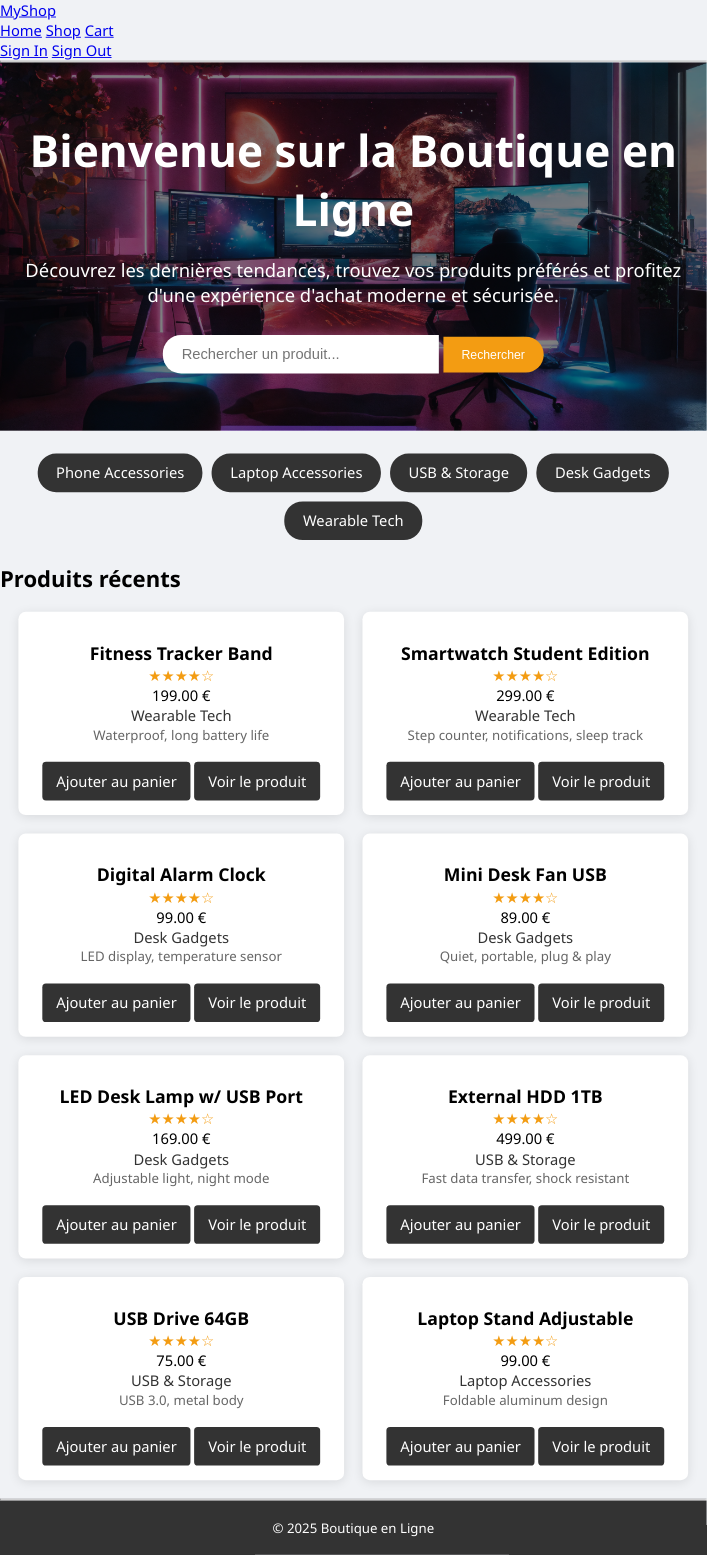
Repository: kiraj-walid/ecomerce
Page: http://localhost/
An editor plug-in stored every save of this project. The page is shown before and after the next save, followed by the edit.
The browser window is 768 px wide. The pictures show the whole page, at 92% of full size.
The page is run by PHP 8.4 with error messages shown; the project is at /var/www/html/. The database holds what the project's SQL file puts in it. Queries for data that is not in the repository find no rows.

Above is the page before, as saved 2025-05-07 15:15:51.

After the next save:
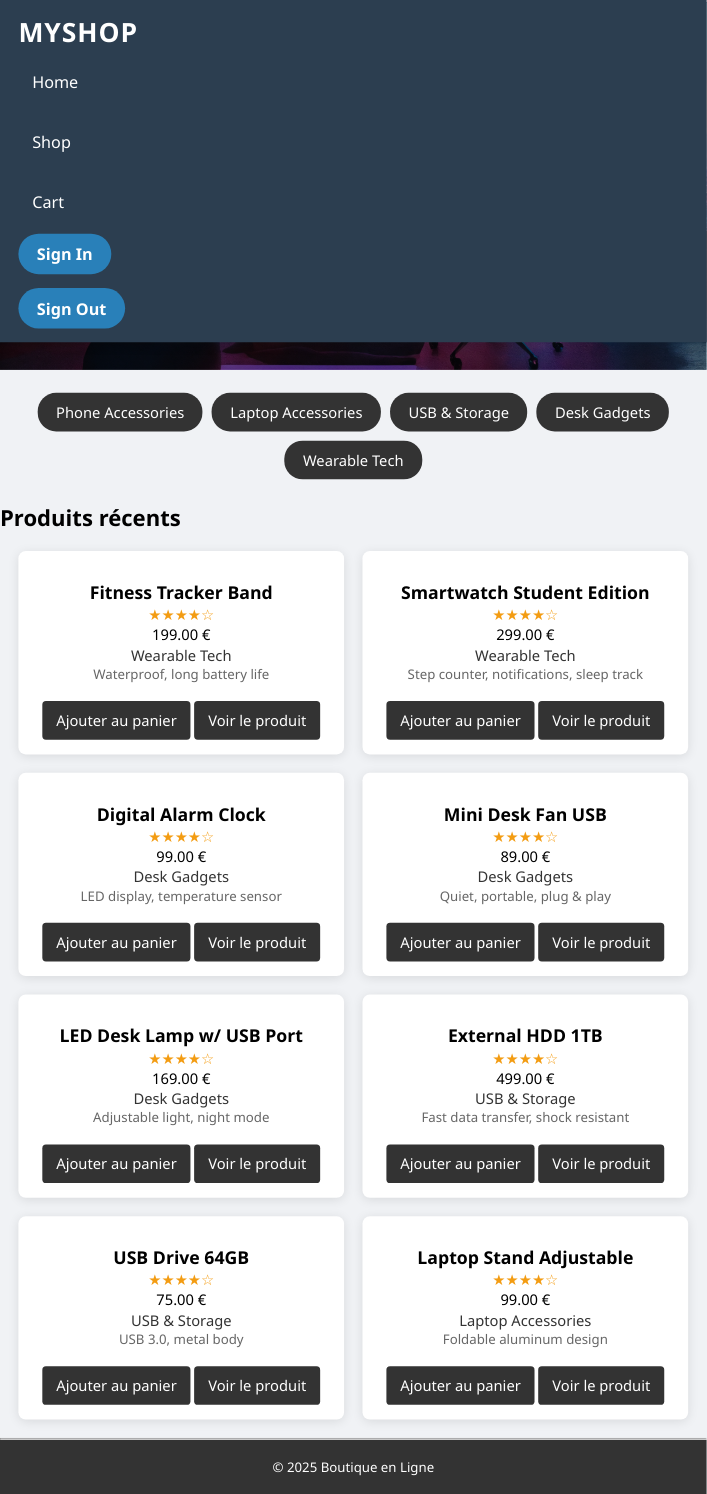
Saved 8 s later.
--- a/assets/css/style.css
+++ b/assets/css/style.css
@@ -9,6 +9,102 @@ body {
     font-family: 'Segoe UI', sans-serif;
     background-color: #f0f2f5;
 }
+/* Navbar */
+nav {
+    background-color: #2C3E50; /* Dark blue */
+    padding: 15px 20px;
+    position: fixed;
+    top: 0;
+    left: 0;
+    width: 100%;
+    z-index: 10;
+    box-shadow: 0 4px 10px rgba(0, 0, 0, 0.1);
+}
+
+/* Navbar Container */
+nav .nav-container {
+    display: flex;
+    justify-content: space-between;
+    align-items: center;
+    max-width: 1200px;
+    margin: 0 auto;
+}
+
+/* Logo */
+nav .logo {
+    font-size: 1.8em;
+    color: white;
+    font-weight: bold;
+    text-transform: uppercase;
+    text-decoration: none;
+    letter-spacing: 1px;
+}
+
+/* Centered navigation links */
+nav .nav-links {
+    display: flex;
+    gap: 25px;
+    margin-left: auto;
+    margin-right: auto; /* Centering the links */
+}
+
+nav .nav-links a {
+    color: white;
+    text-decoration: none;
+    font-size: 1.1em;
+    padding: 8px 15px;
+    border-radius: 30px;
+    transition: background-color 0.3s ease, color 0.3s ease;
+}
+
+nav .nav-links a:hover {
+    background-color: #F39C12; /* Golden color on hover */
+    color: #2C3E50;
+}
+
+/* Auth links on the right (Sign In / Sign Out) */
+nav .auth-links {
+    display: flex;
+    gap: 15px;
+}
+
+nav .sign-in-btn, nav .sign-out-btn {
+    color: white;
+    text-decoration: none;
+    font-size: 1.1em;
+    font-weight: bold;
+    padding: 10px 20px;
+    background-color: #2980B9; /* Blue background */
+    border-radius: 30px;
+    transition: background-color 0.3s ease;
+}
+
+nav .sign-in-btn:hover, nav .sign-out-btn:hover {
+    background-color: #3498DB; /* Lighter blue on hover */
+    color: white;
+}
+
+/* Make navbar responsive */
+@media (max-width: 768px) {
+    nav .nav-container {
+        flex-direction: column;
+        align-items: flex-start;
+    }
+
+    nav .nav-links {
+        flex-direction: column;
+        align-items: flex-start;
+        margin-left: 0;
+        margin-top: 15px;
+    }
+
+    nav .auth-links {
+        margin-top: 15px;
+        flex-direction: column;
+        align-items: flex-start;
+    }
+}
+
 
 /* Hero Section */
 .hero-section {
